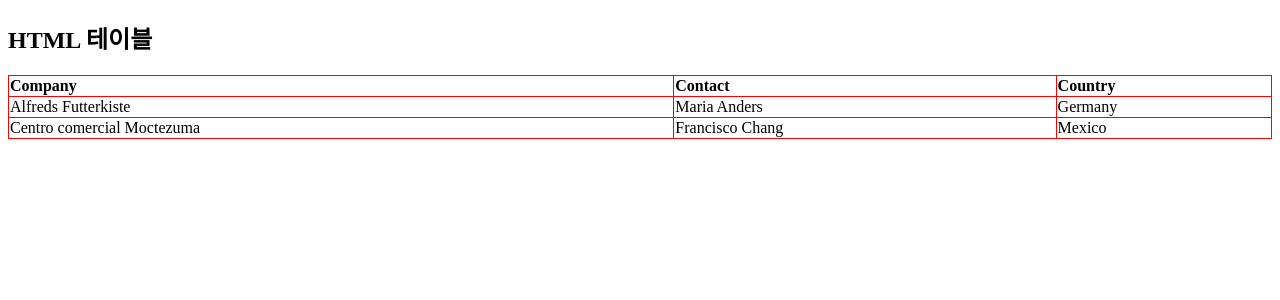
Repository: start-ha/MSA_EDU
Page: WEB/WebFront/WebLabs/Web/src/main/webapp/Ex06_Table.html
These files come from the project's save history. The page is drawn as it stood at one moment and after the next save; the edit follows.
The browser window is 1280 px wide. The pictures show the whole page.

Above is the page before, as saved 2025-09-16 06:55:34.

After the next save:
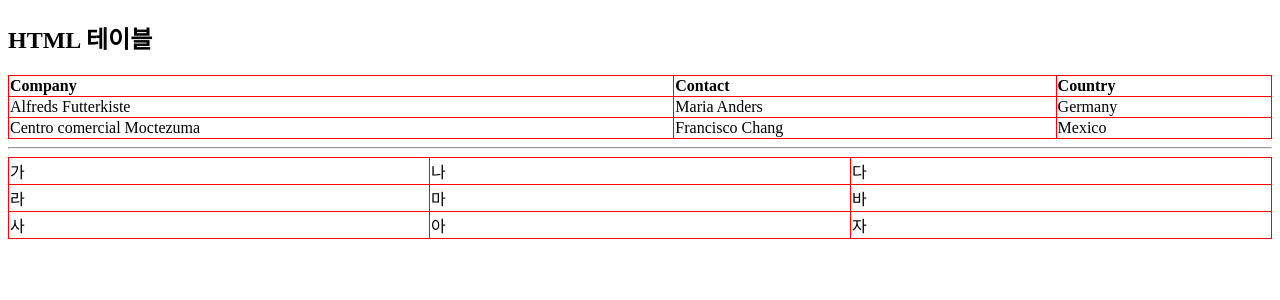
Saved 105 s later.
--- a/WEB/WebFront/WebLabs/Web/src/main/webapp/Ex06_Table.html
+++ b/WEB/WebFront/WebLabs/Web/src/main/webapp/Ex06_Table.html
@@ -31,7 +31,12 @@
     <td>Mexico</td>
   </tr>
 </table>
-
+<hr>
+<table>
+	<tr><td>가</td><td>나</td><td>다</td></tr>
+	<tr><td>라</td><td>마</td><td>바</td></tr>
+	<tr><td>사</td><td>아</td><td>자</td></tr>
+</table>
 
 
 </body>
